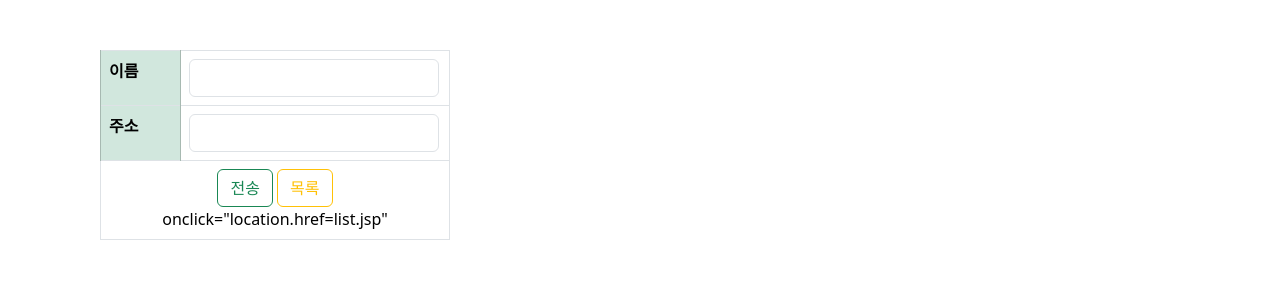
Repository: GANADAG/jspProject
Page: http://localhost/JspProject/info/addform.jsp
The author's editor kept a copy of each file at every save. The page is drawn from the files as they stood at one save, then again after the next save.
The browser window is 1280 px wide. The pictures show the whole page.
Some web fonts or font styles are not loaded; a fallback is used. The page is served by Tomcat 9. Other server files are loaded and not shown.

Above is the page before, as saved 2024-02-29 02:25:17.

### JspProject/src/main/webapp/info/addform.jsp
<%@ page language="java" contentType="text/html; charset=UTF-8"
    pageEncoding="UTF-8"%>
<!DOCTYPE html>
<html>
<head>
<meta charset="UTF-8">
<link href="https://cdn.jsdelivr.net/npm/bootstrap@5.3.2/dist/css/bootstrap.min.css" rel="stylesheet">
<link href="https://fonts.googleapis.com/css2?family=Diphylleia&family=Dongle&family=Noto+Sans+KR:wght@100..900&family=Orbit&family=Stylish&display=swap" rel="stylesheet">
<script src="https://code.jquery.com/jquery-3.7.0.js"></script>

<title>Insert title here</title>
</head>
<body>
	<div style="margin: 50px 100px;">
		<form action="addaction.jsp" method="post">
			<table class="table table-bordered" style="width: 350px;">
				<tr>
					<th class="table-success" width="80">이름</th>
					<td>
						<input type="text" name="name" palceholder="이름"
						required="required" class="form-control" style="width:250px">
					</td>
				</tr>

				<tr>
					<th class="table-success" width="80">주소</th>
					<td>
						<input type="text" name="name" palceholder="주소"
						required="required" class="form-control" style="width:250px">
					</td>
				</tr>

				<tr>
					<td colspan="2" align="center">
						<input type="submit" value="전송" class="btn btn-outline-success">
						<input type="button" value="목록" class="btn btn-outline-warning">
						onclick="location.href=list.jsp"

					</td>
				</tr>
			</table>
		</form>

	</div>
</body>
</html>

After the next save:
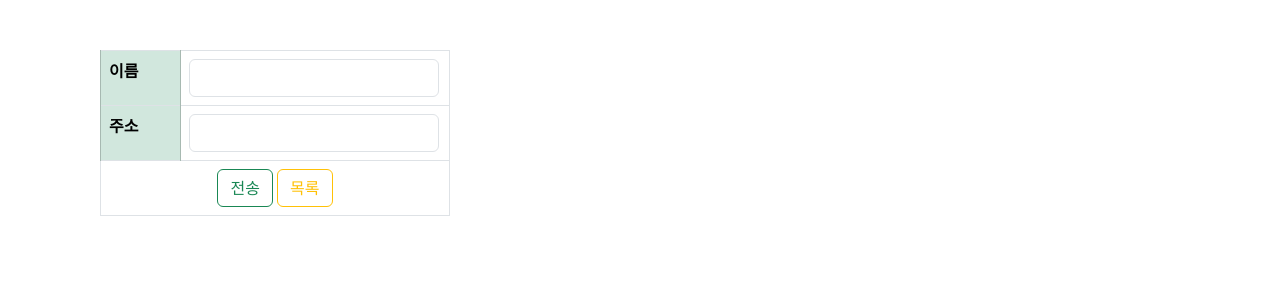
Saved 2 min 8 s later.
--- a/JspProject/src/main/webapp/info/addform.jsp
+++ b/JspProject/src/main/webapp/info/addform.jsp
@@ -34,7 +34,7 @@
 					<td colspan="2" align="center">
 						<input type="submit" value="전송" class="btn btn-outline-success">
 						<input type="button" value="목록" class="btn btn-outline-warning">
-						onclick="location.href=list.jsp"
+						<onclick="location.href=list.jsp">
 
 					</td>
 				</tr>
